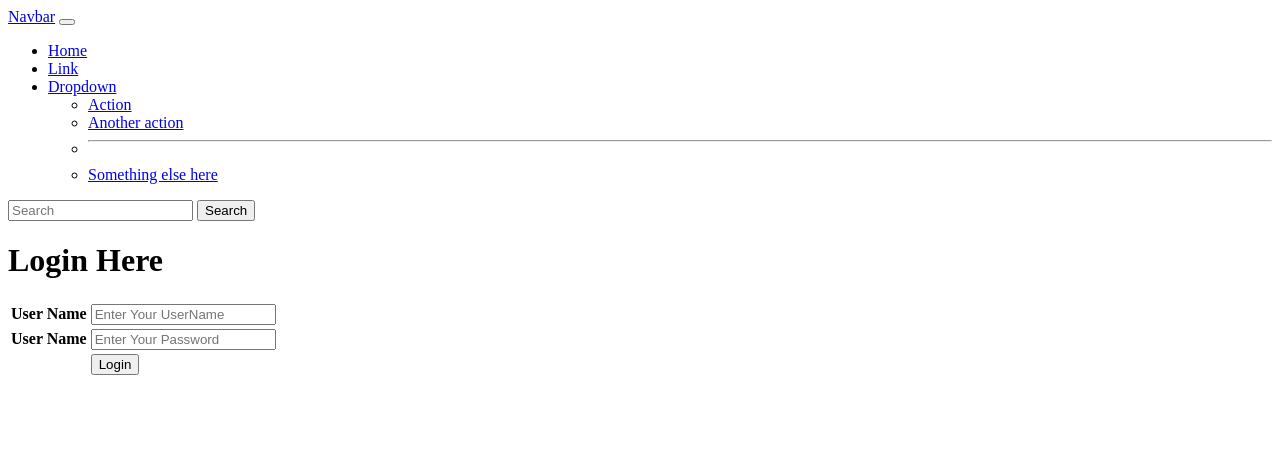
Repository: NitSharma87/Advance-Java
Page: http://localhost/Servlet_Excercise/LoginView.jsp
The author's editor kept a copy of each file at every save. The page is drawn from the files as they stood at one save, then again after the next save.
The browser window is 1280 px wide. The pictures show the whole page.
The page is served by Tomcat 10.

Above is the page before, as saved 2026-07-07 10:37:16.

After the next save:
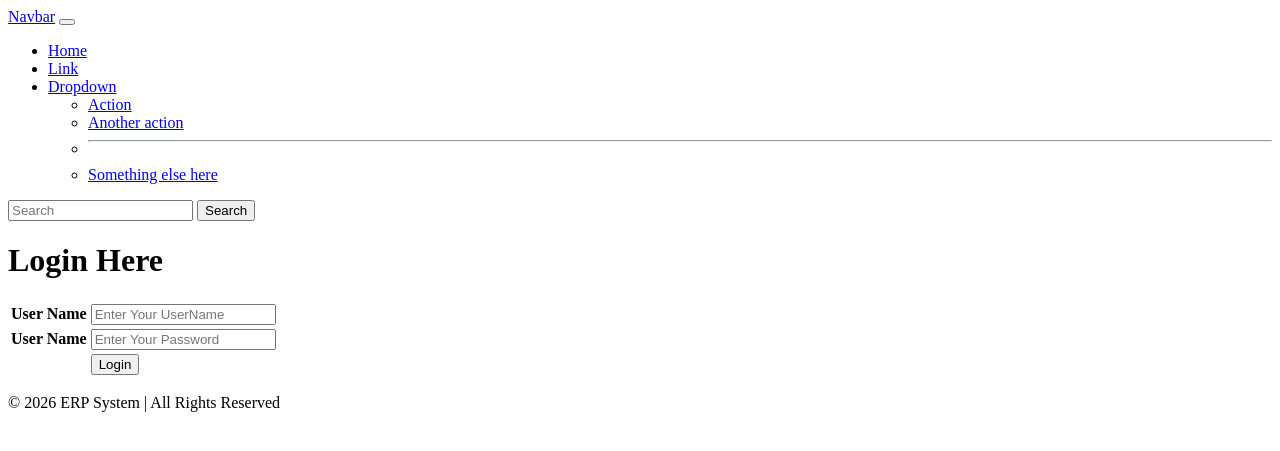
Saved 18 s later.
--- a/Servlet Excercise/src/main/webapp/LoginView.jsp
+++ b/Servlet Excercise/src/main/webapp/LoginView.jsp
@@ -36,6 +36,6 @@
 
 
 	</form>
-
+	<%@ include file ="Footer.jsp" %>
 </body>
 </html>
